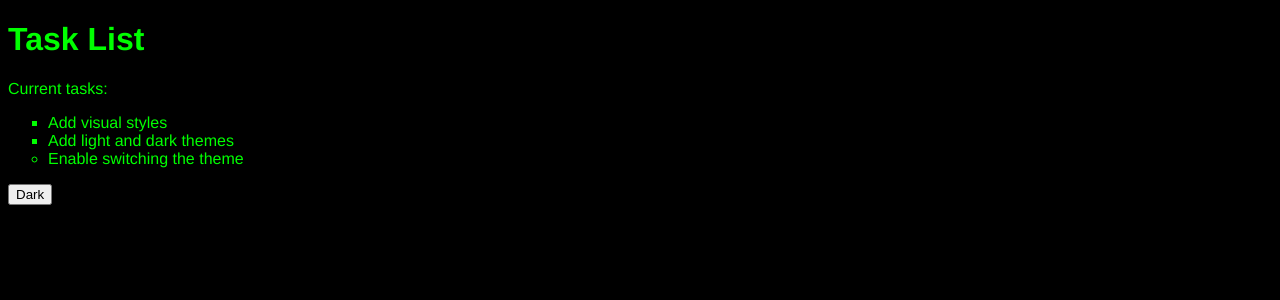
Repository: MaggieMengXingchen/Class-4
Page: index.html
The author's editor kept a copy of each file at every save. The page is drawn from the files as they stood at one save, then again after a run of saves.
The browser window is 1280 px wide. The pictures show the whole page.

Above is the page before, as saved 2024-02-14 14:10:11.

After the next 3 saves:
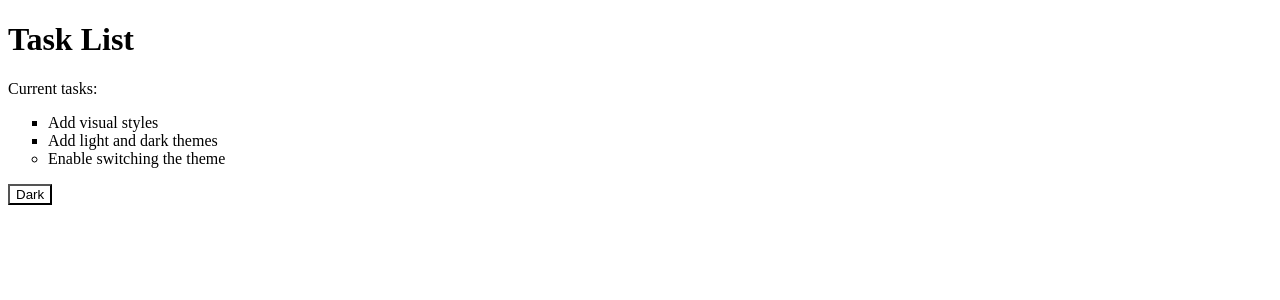
The 3 saves are shown as one change because they came seconds apart.
The last was saved 2 min 17 s later.
--- a/main.css
+++ b/main.css
@@ -3,11 +3,8 @@
 --white: #FFFFFF;
 --black: #000000;
 }
-body {
-background: var(--bg);
-color: var(--fontColor);
-font-family: helvetica;
-}
+.btn {
+color: var(--btnFontColor); background-color: var(--btnBg); }
 /*将所有无序列表（<ul>标签）的字体设置为Helvetica字体*/
 li {
 list-style: circle;
